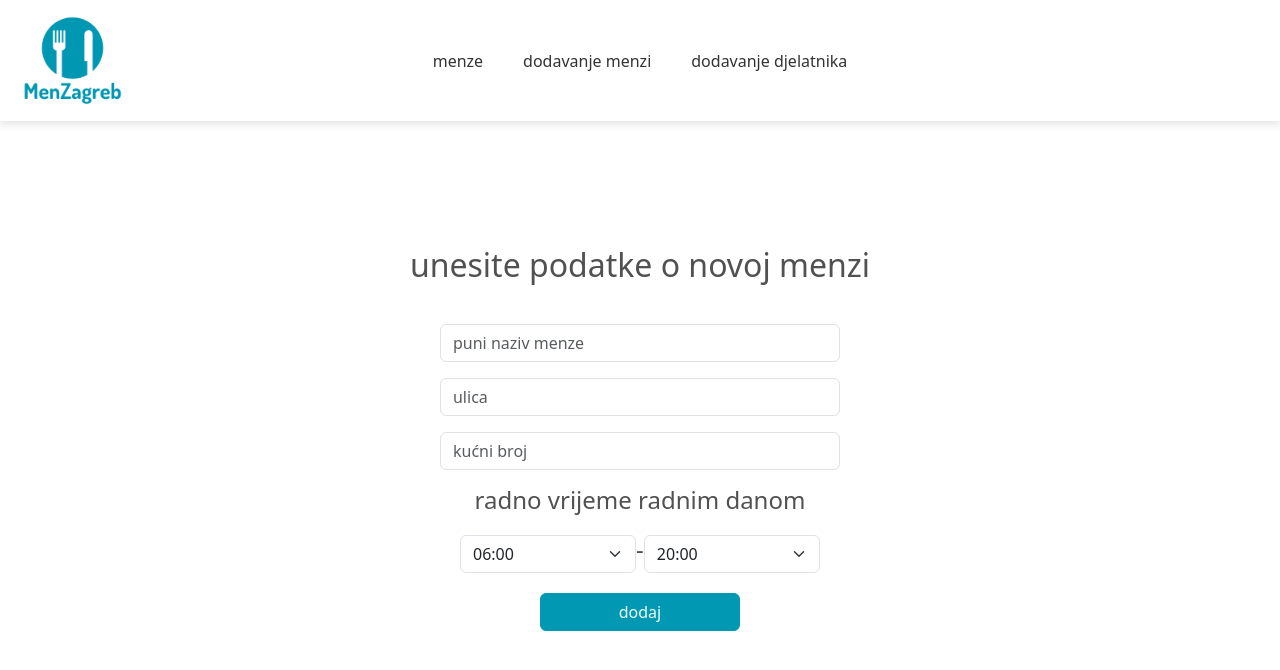
Repository: MENZG/menZg
Page: /admin/dodajMenzu (app in IzvorniKod/)
The author's editor kept a copy of each file at every save. The page is drawn from the files as they stood at one save, then again after the next save.
The browser window is 1280 px wide. The pictures show the whole page.
The project was rebuilt for these pictures with package versions that can differ from the ones it lists, and the page was loaded fresh each time. Also part of the build but not shown: IzvorniKod/vite.config.ts, IzvorniKod/src/Components/LoginForm.tsx, IzvorniKod/src/Components/AdminLogin.tsx, IzvorniKod/src/Components/EmployeeLogin.tsx, IzvorniKod/src/Components/NavBar.tsx, IzvorniKod/src/Components/ListaMenza.tsx, IzvorniKod/src/Components/Profil.tsx, IzvorniKod/src/Components/ListaEmployees.tsx and 6 more.

Above is the page before, as saved 2024-11-07 14:16:05.

### IzvorniKod/index.html
<!DOCTYPE html>
<html lang="en">
  <head>
    <meta charset="UTF-8" />
    <meta name="viewport" content="width=device-width, initial-scale=1.0" />
    <link rel="preconnect" href="https://fonts.googleapis.com">
    <link rel="preconnect" href="https://fonts.gstatic.com" crossorigin>
    <link href="https://fonts.googleapis.com/css2?family=Poiret+One&display=swap" rel="stylesheet">
    <title>MenZG</title>
  </head>
  <body>
    <div id="root"></div>
    <script type="module" src="/src/main.tsx"></script>
  </body>
</html>

### IzvorniKod/src/App.tsx
import {
  BrowserRouter as Router,
  Routes,
  Route,
  Navigate,
} from "react-router-dom";

import LoginForm from "./Components/LoginForm.tsx";
import AdminLogin from "./Components/AdminLogin.tsx";
import "bootstrap/dist/css/bootstrap.min.css";
import EmployeeLogin from "./Components/EmployeeLogin.tsx";
import ListaMenza from "./Components/ListaMenza.tsx";
import Profil from "./Components/Profil.tsx";
import AddMenza from "./Components/AddMenza.tsx";
import AddEmployee from "./Components/AddEmployee.tsx";
import AddWorkingHours from "./Components/AddWorkingHours.tsx";
import AddMeals from "./Components/AddMeals.tsx";
import ListaMenzaAdmin from "./Components/ListaMenzaAdmin.tsx";
import ListaMenzaEmployee from "./Components/ListaMenzaEmployee.tsx";

function App() {
  return (
    <Router>
      <Routes>
        <Route path="/" element={<Navigate to="/login/student" />} />
        <Route path="/login" element={<Navigate to="/login/student" />} />
        <Route path="/login/student" element={<LoginForm />} />
        <Route path="/login/admin" element={<AdminLogin />} />
        <Route path="/login/employee" element={<EmployeeLogin />} />
        <Route path="/menze" element={<ListaMenza />} />
        <Route path="/profil" element={<Profil />} />
        <Route path="/admin/menze" element={<ListaMenzaAdmin />} />
        <Route path="/admin/dodajMenzu" element={<AddMenza />} />
        <Route path="/admin/dodajDjelatnika" element={<AddEmployee />} />
        <Route path="/djelatnik/menze" element={<ListaMenzaEmployee />} />
        <Route path="/djelatnik/dodajJelovnik" element={<AddMeals />} />
        <Route
          path="/djelatnik/dodajRadnoVrijeme"
          element={<AddWorkingHours />}
        />
      </Routes>
    </Router>
  );
}

export default App;

### IzvorniKod/src/Components/AddMenza.tsx
import NavBarAdmin from "./NavBarAdmin";
import { Button, Form } from "react-bootstrap";
import "/src/styles/AddMenza.css";

function AddMenza() {
  return (
    <>
      <NavBarAdmin />
      <div className="dodaj-menzu-container">
        <h2 className="h2">unesite podatke o novoj menzi</h2>
        <Form className="w-100" style={{ maxWidth: "400px" }}>
          <Form.Group className="mb-3">
            <Form.Control
              className="form-control"
              type="text"
              placeholder="puni naziv menze"
            />
          </Form.Group>

          <Form.Group className="mb-3">
            <Form.Control
              className="form-control"
              type="text"
              placeholder="ulica"
            />
          </Form.Group>

          <Form.Group className="mb-3">
            <Form.Control
              className="form-control"
              type="text"
              placeholder="kućni broj"
            />
          </Form.Group>

          <h4 className="h4">radno vrijeme radnim danom</h4>
          <div className="select-container">
            <select className="form-select" aria-label="Default select example">
              <option selected>06:00</option>
              <option value="6">06:00</option>
              <option value="7">07:00</option>
              <option value="8">08:00</option>
              <option value="9">09:00</option>
              <option value="10">10:00</option>
              <option value="11">11:00</option>
              <option value="12">12:00</option>
              <option value="13">13:00</option>
              <option value="14">14:00</option>
              <option value="15">15:00</option>
              <option value="16">16:00</option>
              <option value="17">17:00</option>
              <option value="18">18:00</option>
              <option value="19">19:00</option>
              <option value="20">20:00</option>
              <option value="21">21:00</option>
              <option value="22">22:00</option>
              <option value="23">23:00</option>
            </select>
            <h4 className="h4"> - </h4>
            <select className="form-select" aria-label="Default select example">
              <option selected>20:00</option>
              <option value="6">06:00</option>
              <option value="7">07:00</option>
              <option value="8">08:00</option>
              <option value="9">09:00</option>
              <option value="10">10:00</option>
              <option value="11">11:00</option>
              <option value="12">12:00</option>
              <option value="13">13:00</option>
              <option value="14">14:00</option>
              <option value="15">15:00</option>
              <option value="16">16:00</option>
              <option value="17">17:00</option>
              <option value="18">18:00</option>
              <option value="19">19:00</option>
              <option value="20">20:00</option>
              <option value="21">21:00</option>
              <option value="22">22:00</option>
              <option value="23">23:00</option>
            </select>
          </div>

          <Button variant="primary" type="submit" className="w-50 mb-3">
            dodaj
          </Button>
        </Form>
      </div>
    </>
  );
}

export default AddMenza;

### IzvorniKod/src/styles/ListaMenza.css
  .card-container {
    display: grid;
    grid-template-columns: repeat(3, 1fr); /* Maksimalno 3 stupca */
    gap: 1rem;
    padding: 1rem;
    justify-items: center;
    justify-content: center;
    align-items: start;
    padding-top: 24vh;
    max-width: 75vw; /* Održite ovu širinu za udaljenost od rubova */
    margin-left: auto; /* Centriranje pomoću automatskih margina */
    margin-right: auto;
  }

  /* Smanji na 2 stupca za srednje ekrane */
  @media (max-width: 768px) {
    .card-container {
      grid-template-columns: repeat(2, 1fr);
    }
  }

  /* Smanji na 1 stupac za male ekrane (mobitele) */
  @media (max-width: 480px) {
    .card-container {
      grid-template-columns: 1fr;
    }
  }

  .card {
    box-shadow: 0px 4px 8px rgba(0, 0, 0, 0.2);
    border-radius: 8px;
    transition: transform 0.3s ease;
  }

  .card:hover {
    transform: scale(1.05);
  }

  .card img {
    border-top-left-radius: 8px;
    border-top-right-radius: 8px;
    object-fit: cover;
    height: 25vh;
  }

  .btn-primary{
    background-color: #0098b3;
    color: azure;
    border-color: #0098b3;
  }

  .btn-primary:hover{
    background-color: #00758a;
    border-color: #00758a;
  }

  .button-container {
    text-align: center;
  }

### IzvorniKod/src/Components/NavBarAdmin.tsx
import "/src/styles/NavBar.css";
import { useNavigate } from "react-router-dom";
import { Button } from "react-bootstrap";

const NavBarAdmin = () => {
  const navigate = useNavigate();

  const handleOnClickMenze = () => {
    navigate("/admin/menze");
  };

  const handleOnClickAddMenza = () => {
    navigate("/admin/dodajMenzu");
  };

  const handleOnClickAddEmployee = () => {
    navigate("/admin/dodajDjelatnika");
  };
  return (
    <nav className="navbar navbar-expand-lg bg-body-tertiary navbar-bg">
      <div className="container-fluid">
        <img
          src="/src/public/MenZagreb.png"
          alt="logo slika"
          className="logo-img"
        ></img>
        <div className="nav-btn-container">
          <ul className="navbar-nav me-auto mb-2 mb-lg-0">
            <li className="nav-item">
              <Button className="nav-btn" onClick={handleOnClickMenze}>
                menze
              </Button>
            </li>
            <li className="nav-item">
              <Button className="nav-btn" onClick={handleOnClickAddMenza}>
                dodavanje menzi
              </Button>
            </li>
            <li className="nav-item">
              <Button className="nav-btn" onClick={handleOnClickAddEmployee}>
                dodavanje djelatnika
              </Button>
            </li>
          </ul>
        </div>
      </div>
    </nav>
  );
};

export default NavBarAdmin;

### IzvorniKod/src/styles/AddMenza.css
.dodaj-menzu-container{
    display: flex;
    flex-direction: column;
    align-items: center; /* Centers the children horizontally */
    justify-content: center; /* Centers the children vertically, if needed */
    text-align: center;
    padding-top: 24vh;
}

.h2{
    color: rgb(81, 81, 81);
    margin-bottom: 40px;
}
.h4{
    color: rgb(81, 81, 81);
}

body {
    display: flex;
    justify-content: center; /* Centers horizontally */
    align-items: center; /* Centers vertically */
    min-height: 100vh; /* Ensures the body takes the full height of the viewport */
    margin: 0; /* Removes default margin */
  }

.select-container{
    display: flex;
    flex-direction: row;
    margin: 20px;
}

### IzvorniKod/src/styles/AddEmployee.css
.dodaj-djelatnika-container{
    display: flex;
    flex-direction: column;
    align-items: center; /* Centers the children horizontally */
    justify-content: center; /* Centers the children vertically, if needed */
    text-align: center;
    padding-top: 24vh;
}

.h2{
    color: rgb(81, 81, 81);
    margin-bottom: 40px;
}

body {
    display: flex;
    justify-content: center; /* Centers horizontally */
    align-items: center; /* Centers vertically */
    min-height: 100vh; /* Ensures the body takes the full height of the viewport */
    margin: 0; /* Removes default margin */
  }

### IzvorniKod/src/styles/NavBar.css
.logo-img {
    height: 14vh;
    margin: 0;
}

/* Stil za navigacijske botune */
.nav-item .nav-btn {
    background: none;
    border: none;
    color: #333;
    font-weight: normal;
    cursor: pointer;
    padding: 0;
    text-decoration: none;
    margin: 0 20px;
}

.nav-item .nav-btn:hover {
    color: #0098b3;
    background: none;
}

.nav-btn-container {
    position: absolute;
    left: 50%;
    transform: translateX(-50%);
    display: flex;
    gap: 20px;
    align-items: center;
}

/* Stil za pozadinu navbara */
.navbar-bg {
    background-color: white !important;
}

/* Navbar - fiksna pozicija i stil */
.navbar {
    position: fixed;
    top: 0;
    left: 0;
    width: 100%;
    z-index: 1000;
    background-color: white;
    box-shadow: 0 4px 8px rgba(0, 0, 0, 0.1);
    padding: 10px;
}

/* Kontejner za elemente unutar navbara */
.navbar .container-fluid {
    display: flex;
    align-items: center;
    justify-content: space-between; /* Logo lijevo, ostatak desno */
    position: relative;
}

/* Centriranje logo-a */
.logo-img {
    margin-right: auto; /* Osigurava da logo ostane skroz lijevo */
}

### IzvorniKod/src/styles/ListaEmployees.css
.card-container-employees {
    display: grid;
    grid-template-columns: repeat(3, 1fr); /* Maksimalno 3 stupca */
    gap: 1rem;
    padding: 1rem;
    justify-items: center;
    justify-content: center;
    align-items: start;
    padding-top: 10vh;
    max-width: 75vw; /* Održite ovu širinu za udaljenost od rubova */
    margin-left: auto; /* Centriranje pomoću automatskih margina */
    margin-right: auto;
  }

  /* Smanji na 2 stupca za srednje ekrane */
  @media (max-width: 768px) {
    .card-container {
      grid-template-columns: repeat(2, 1fr);
    }
  }

  /* Smanji na 1 stupac za male ekrane (mobitele) */
  @media (max-width: 480px) {
    .card-container {
      grid-template-columns: 1fr;
    }
  }

  .card {
    box-shadow: 0px 4px 8px rgba(0, 0, 0, 0.2);
    border-radius: 8px;
    transition: transform 0.3s ease;
  }

  .card:hover {
    transform: scale(1.05);
  }

  .card img {
    border-top-left-radius: 8px;
    border-top-right-radius: 8px;
    object-fit: cover;
    height: 25vh;
  }

  .btn-primary{
    background-color: #0098b3;
    color: azure;
    border-color: #0098b3;
  }

  .btn-primary:hover{
    background-color: #00758a;
    border-color: #00758a;
  }

  .button-container {
    text-align: center;
  }

Loaded but not shown: IzvorniKod/src/main.tsx (common file)

After the next save:
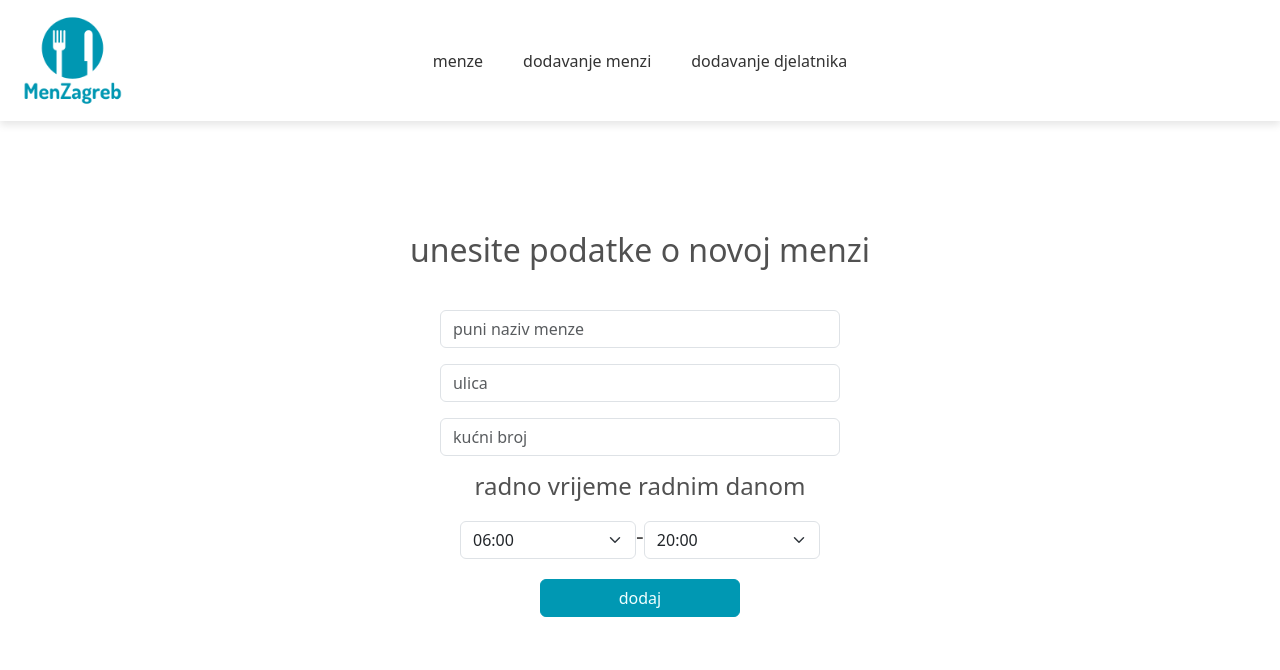
Saved 14 min 22 s later.
--- a/IzvorniKod/src/styles/AddMenza.css
+++ b/IzvorniKod/src/styles/AddMenza.css
@@ -4,7 +4,7 @@
     align-items: center; /* Centers the children horizontally */
     justify-content: center; /* Centers the children vertically, if needed */
     text-align: center;
-    padding-top: 24vh;
+    padding-top: 20vh;
 }
 
 .h2{
